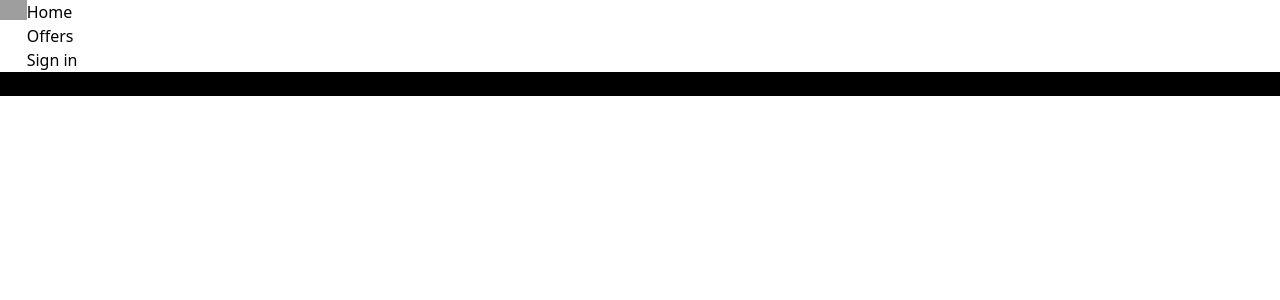
Repository: miraclesamson/realtor-clone
Page: /offers
These files come from the project's save history. The page is drawn as it stood at one moment and after the next save; the edit follows.
The browser window is 1280 px wide. The pictures show the whole page.
Pictures or frames that could not be fetched are drawn as grey boxes. The project was rebuilt for these pictures with package versions that can differ from the ones it lists, and the page was loaded fresh each time. Also part of the build but not shown: src/App.css, src/pages/Home.jsx, src/pages/Profile.jsx, src/pages/SignIn.jsx, src/pages/SignUp.jsx, src/pages/ForgotPassword.jsx.

Above is the page before, as saved 2022-09-19 13:03:00.

### public/index.html
<!DOCTYPE html>
<html lang="en">

<head>
  <meta charset="utf-8" />
  <link rel="icon" href="%PUBLIC_URL%/favicon.ico" />
  <meta name="viewport" content="width=device-width, initial-scale=1" />
  <meta name="theme-color" content="#000000" />
  <meta name="description" content="Web site created using create-react-app" />
  <link rel="apple-touch-icon" href="%PUBLIC_URL%/logo192.png" />

  <link rel="manifest" href="%PUBLIC_URL%/manifest.json" />
  <title>Realtor </title>
</head>

<body>
  <noscript>You need to enable JavaScript to run this app.</noscript>
  <div id="root"></div>

</body>

</html>

### src/App.js
import React from "react";
import "./App.css";
import { BrowserRouter as Router, Routes, Route } from "react-router-dom";
import Home from "./pages/Home";
import Profile from "./pages/Profile";
import SignIn from "./pages/SignIn";
import SignUp from "./pages/SignUp";
import ForgotPassword from "./pages/ForgotPassword";
import Offers from "./pages/Offers";
import Header from "./components/Header";

function App() {
  return (
    <>
      <Router>
        <Header />
        <Routes>
          <Route path="/" element={<Home />} />
          <Route path="/profile" element={<Profile />} />
          <Route path="/sign-in" element={<SignIn />} />
          <Route path="/sign-up" element={<SignUp />} />
          <Route path="/forgot-password" element={<ForgotPassword />} />
          <Route path="/Offers" element={<Offers />} />
        </Routes>
      </Router>
    </>
  );
}

export default App;

### src/pages/Offers.jsx
import React from "react";

export default function Offers() {
  return <div className="bg-black">Offers</div>;
}

### src/components/Header.jsx
import React from "react";

export default function Header() {
  return (
    <div>
      <header className="flex ">
        <div>
          <img
            src="https://static.rdc.moveaws.com/images/logos/rdc-logo-default.svg"
            alt="logo"
            className="h-5 cursor-pointer"
          />
        </div>
        <div>
          <ul>
            <li>Home</li>
            <li>Offers</li>
            <li>Sign in</li>
          </ul>
        </div>
      </header>
    </div>
  );
}

Loaded but not shown: src/index.js (common file); src/index.css (common file); src/reportWebVitals.js (common file); tailwind.config.js (common file)

After the next save:
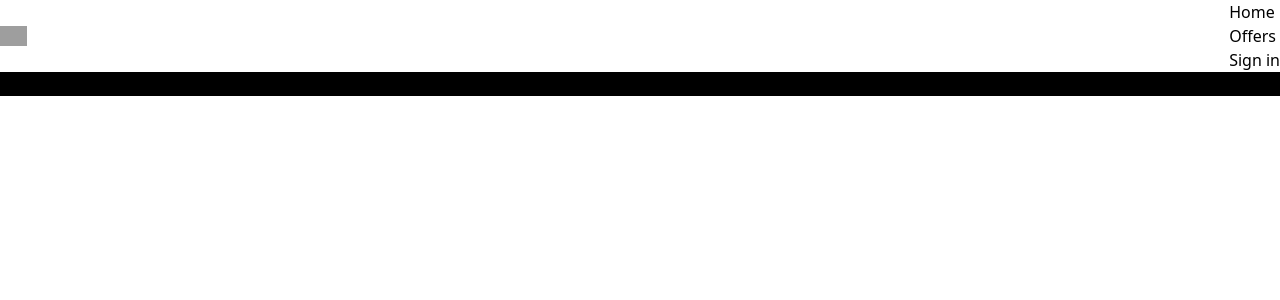
Saved 39 s later.
--- a/src/components/Header.jsx
+++ b/src/components/Header.jsx
@@ -3,7 +3,7 @@ import React from "react";
 export default function Header() {
   return (
     <div>
-      <header className="flex ">
+      <header className="flex justify-between items-center">
         <div>
           <img
             src="https://static.rdc.moveaws.com/images/logos/rdc-logo-default.svg"
